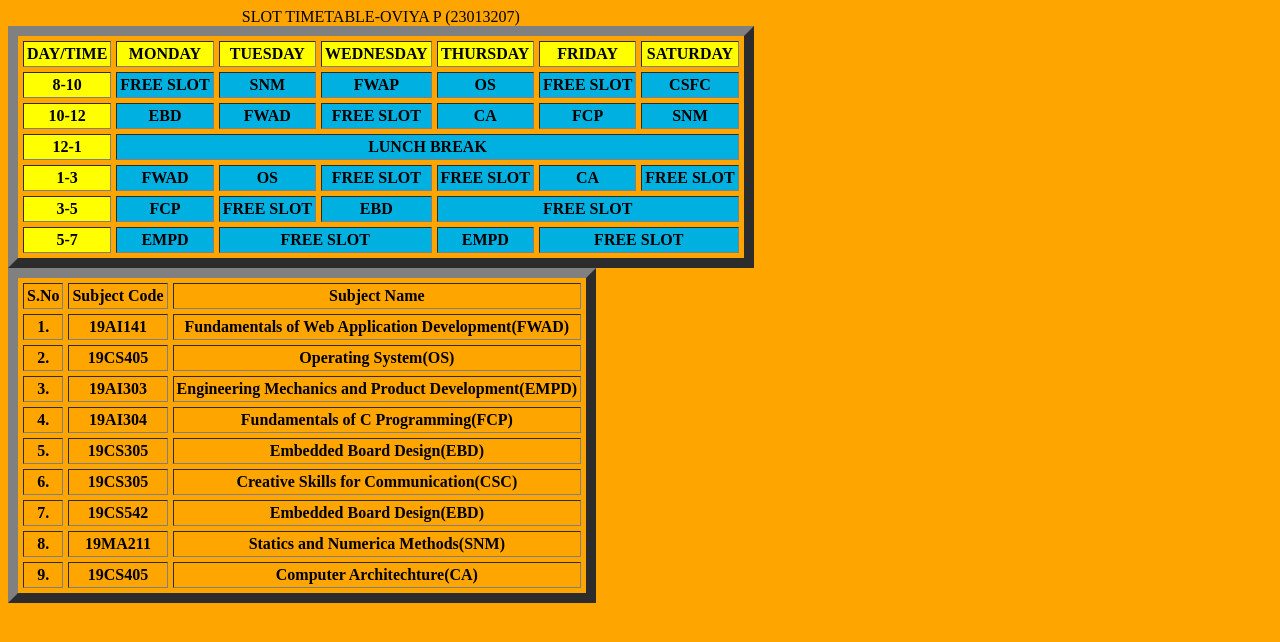
Repository: Oviya24032K6/slot
Page: oviya/static/time.html
An editor plug-in stored every save of this project. The page is shown before and after the next save, followed by the edit.
The browser window is 1280 px wide. The pictures show the whole page.

Above is the page before, as saved 2024-03-13 21:02:37.

After the next save:
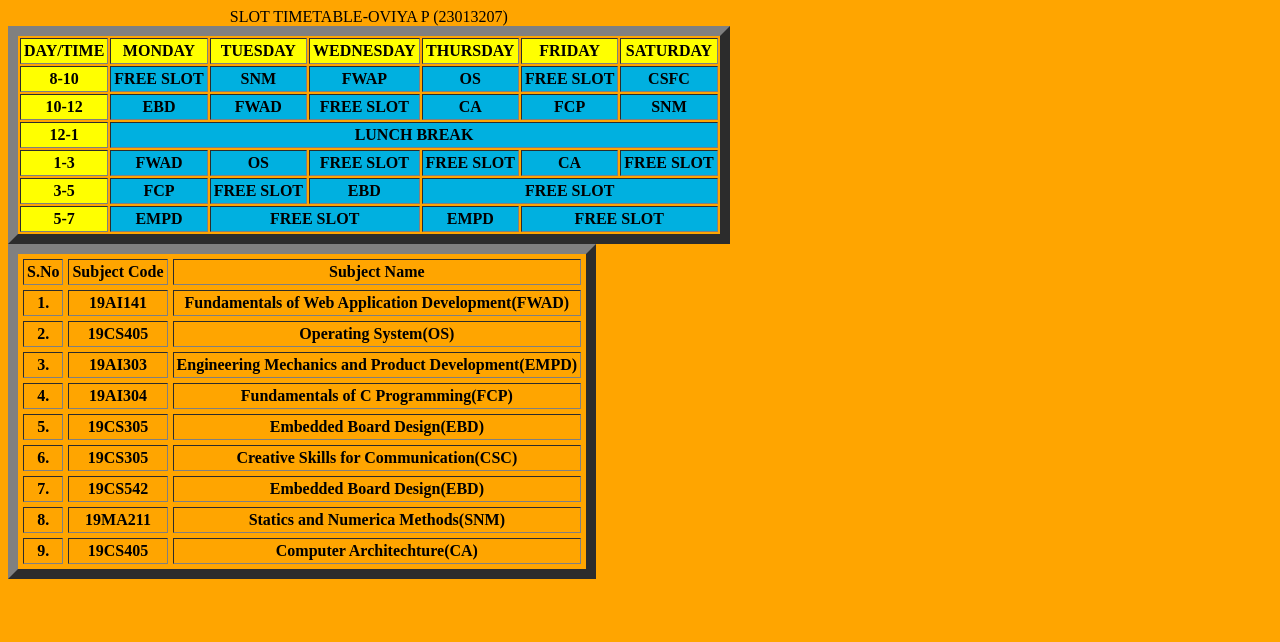
Saved 31 s later.
--- a/oviya/static/time.html
+++ b/oviya/static/time.html
@@ -3,7 +3,7 @@
         <title>SLOT TIMETABLE-OVIYA P (23013207)</title>
     </head>
     <body bgcolor="orange" align="center" >
-    <table align="left" border="10" cellspacing="5" cellpadding="3">
+    <table align="left" border="10" cellspacing="2" cellpadding="3">
     <caption>SLOT TIMETABLE-OVIYA P (23013207)</caption>
         <tr>
             <th bgcolor="yellow">DAY/TIME</th>
